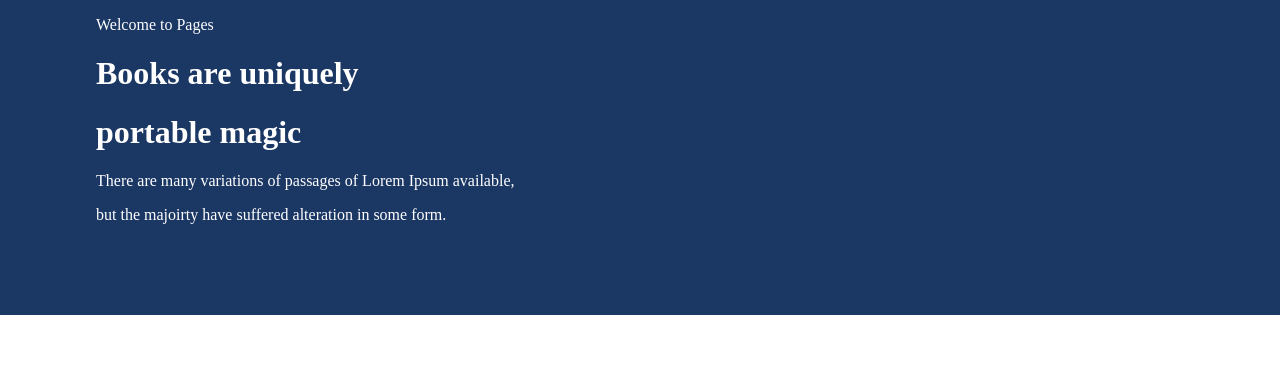
Repository: Godnorg/Class2
Page: index.html
These files come from the project's save history. The page is drawn as it stood at one moment and after the next save; the edit follows.
The browser window is 1280 px wide. The pictures show the whole page.

Above is the page before, as saved 2023-02-13 21:36:53.

### index.html
<!DOCTYPE html>
<html lang="en">
<head>
    <meta charset="UTF-8">
    <meta http-equiv="X-UA-Compatible" content="IE=edge">
    <meta name="viewport" content="width=device-width, initial-scale=1.0">
    <title>Class 2</title>
    <link rel="stylesheet" href="index.css">
</head>
<body>
<div class="page1">
    <div class="allpages">
        <div class="navigation bar">

        </div>
        <div class="middle">
            <div>
                <p>Welcome to Pages</p>
                <h1>Books are uniquely</h1>
                <h1>portable magic</h1>
                <p>There are many variations of passages of Lorem Ipsum available,</p>
                <p>but the majoirty have suffered alteration in some form.</p>
            </div>
            <div>

            </div>
        </div>
    </div>
</div>


</body>
</html>

### index.css
body {
    margin: 0;
    padding: 0;
}

.page1 {
    background: #1B3764;
    padding-bottom: 75px;
    color: white;
}

.allpages {
    width: 85%;
    margin: auto;
}

.middle {
    display: grid;
    grid-template-columns: 1fr 1fr;
    column-gap: 35px;

}

.style {
    width: 10px;
}

After the next save:
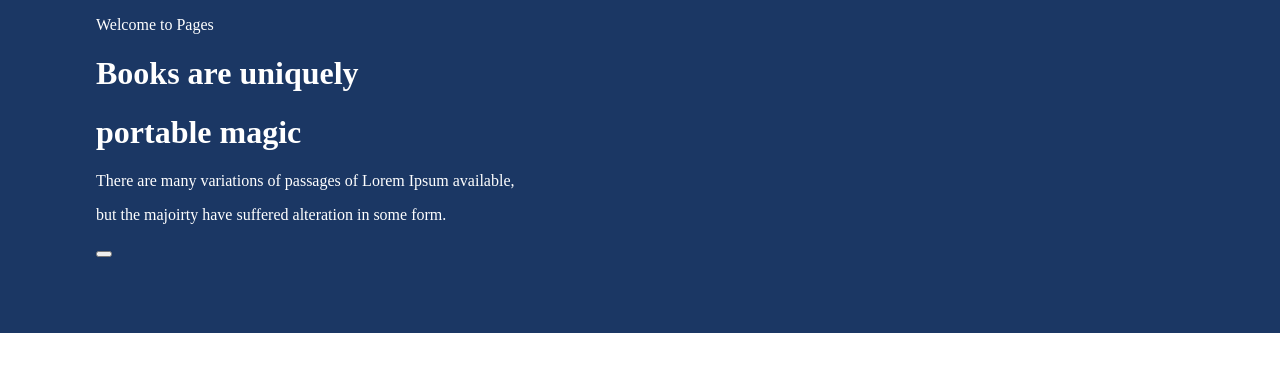
Saved 2 min 55 s later.
--- a/index.html
+++ b/index.html
@@ -20,6 +20,7 @@
                 <h1>portable magic</h1>
                 <p>There are many variations of passages of Lorem Ipsum available,</p>
                 <p>but the majoirty have suffered alteration in some form.</p>
+                <button
             </div>
             <div>
 
